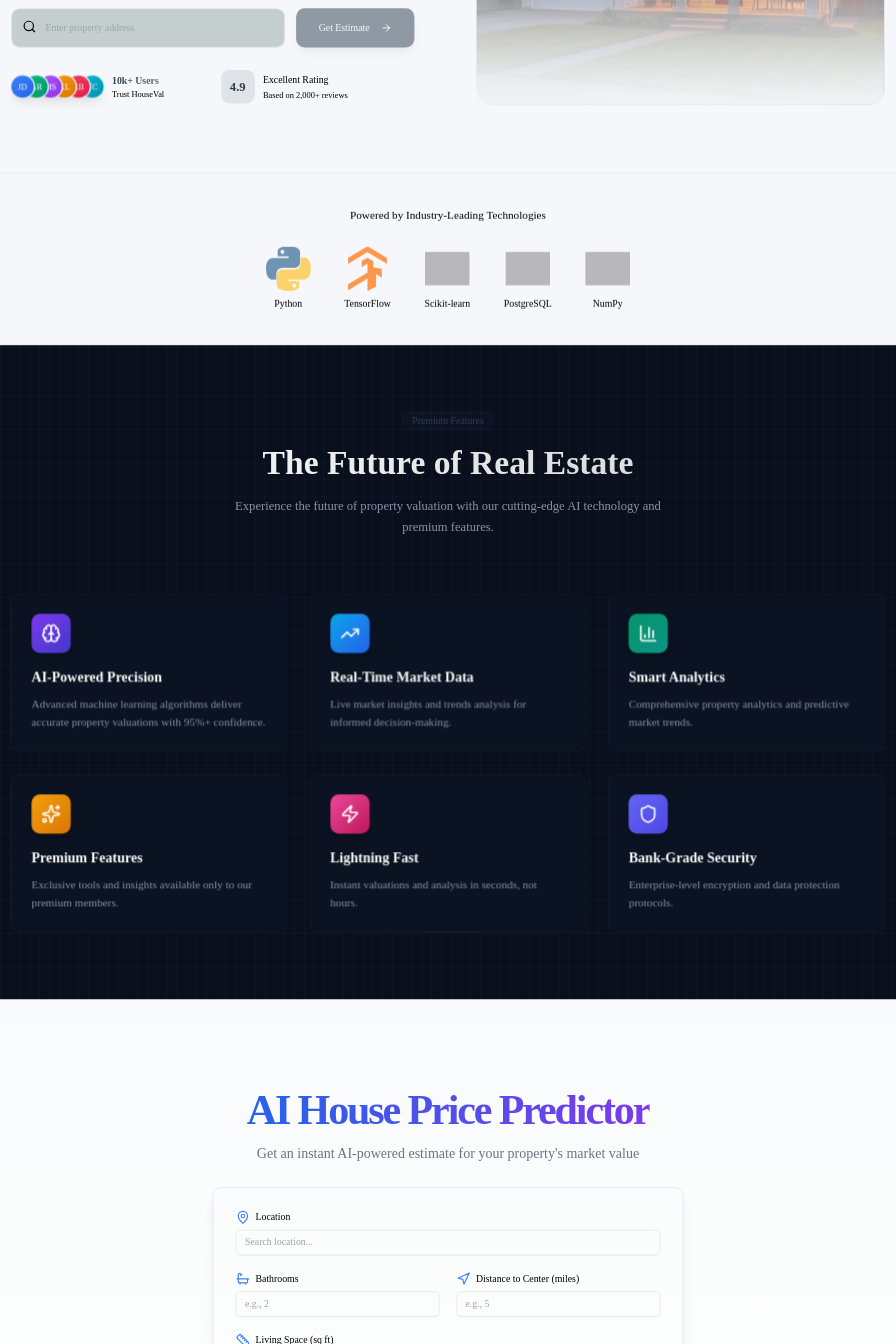
Repository: Rayyy-dev/HouseVal
Page: /
These files come from the project's save history. The page is drawn as it stood at one moment and after the next save; the edit follows.
The browser window is 1280 px wide. The pictures show the part of the page from y = 557 to 2477 px (the page is 3679 px tall), at 70% of full size.
Pictures or frames that could not be fetched are drawn as grey boxes. The project was rebuilt for these pictures with package versions that can differ from the ones it lists, and the page was loaded fresh each time. The framework's server and built-in components were replaced by stand-ins that run in the browser. Also part of the build but not shown: next.config.ts.

Above is the page before, as saved 2025-01-16 19:06:36.

After the next save:
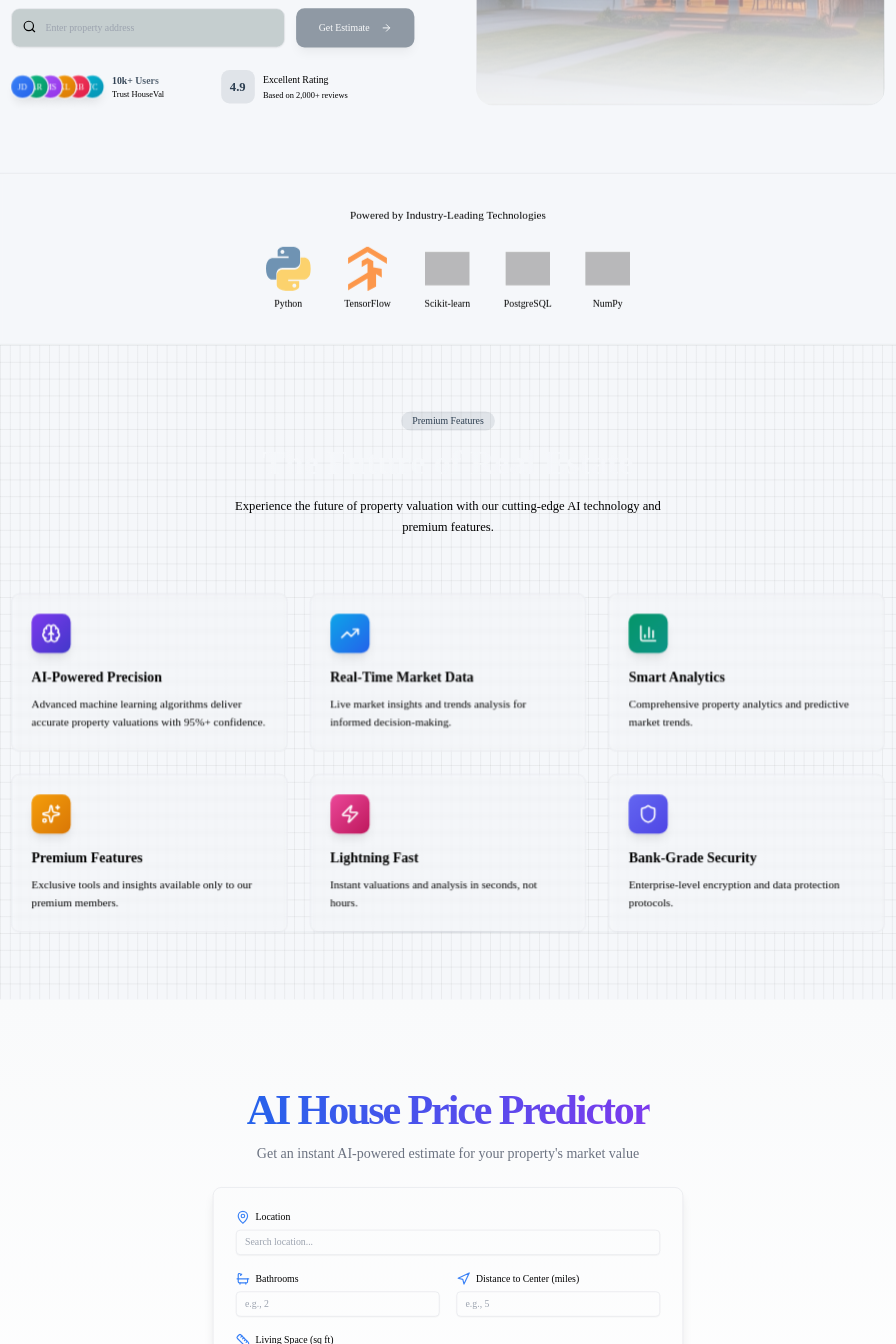
Saved 19 s later.
--- a/src/components/landing-page/sections/benefits.tsx
+++ b/src/components/landing-page/sections/benefits.tsx
@@ -57,18 +57,18 @@
 
 export function Benefits() {
   return (
-    <section className="relative py-24 overflow-hidden">
+    <section className="relative py-24 overflow-hidden bg-gradient-to-b from-background to-background/80">
       {/* Sophisticated Background */}
-      <div className="absolute inset-0 bg-[#0A0F1E]">
-        <div className="absolute inset-0 bg-[linear-gradient(to_right,#ffffff05_1px,transparent_1px),linear-gradient(to_bottom,#ffffff05_1px,transparent_1px)] bg-[size:14px_24px]" />
+      <div className="absolute inset-0">
+        <div className="absolute inset-0 bg-[linear-gradient(to_right,#4f4f4f12_1px,transparent_1px),linear-gradient(to_bottom,#4f4f4f12_1px,transparent_1px)] bg-[size:14px_24px]" />
         <motion.div
           initial={{ opacity: 0 }}
           animate={{ opacity: 1 }}
           transition={{ duration: 1.5 }}
           className="absolute inset-0"
         >
-          <div className="absolute left-0 right-0 top-0 -z-10 m-auto h-[310px] w-[310px] rounded-full bg-primary/10 blur-[120px] animate-pulse-slow" />
-          <div className="absolute left-1/3 right-0 top-1/2 -z-10 h-[250px] w-[250px] rounded-full bg-primary/15 blur-[120px] animate-pulse-slow delay-300" />
+          <div className="absolute left-0 right-0 top-0 -z-10 m-auto h-[310px] w-[310px] rounded-full bg-primary/5 blur-[120px] animate-pulse-slow" />
+          <div className="absolute left-1/3 right-0 top-1/2 -z-10 h-[250px] w-[250px] rounded-full bg-primary/8 blur-[120px] animate-pulse-slow delay-300" />
         </motion.div>
       </div>
 
@@ -91,10 +91,10 @@
               Premium Features
             </span>
           </motion.div>
-          <h2 className="text-4xl md:text-5xl font-bold mb-6 bg-gradient-to-r from-white via-white/90 to-white/80 bg-clip-text text-transparent">
+          <h2 className="text-4xl md:text-5xl font-bold mb-6 bg-gradient-to-r from-foreground via-foreground/90 to-foreground/80 bg-clip-text text-transparent">
             The Future of Real Estate
           </h2>
-          <p className="text-lg text-slate-400/90 max-w-2xl mx-auto leading-relaxed">
+          <p className="text-lg text-muted-foreground max-w-2xl mx-auto leading-relaxed">
             Experience the future of property valuation with our cutting-edge AI technology and premium features.
           </p>
         </motion.div>
@@ -115,10 +115,10 @@
                 transition={{ duration: 0.3 }}
               >
                 <div className={cn(
-                  "absolute -inset-0.5 rounded-2xl blur-xl opacity-0 group-hover:opacity-30 transition duration-500",
+                  "absolute -inset-0.5 rounded-2xl blur-xl opacity-0 group-hover:opacity-20 transition duration-500",
                   benefit.glow
                 )} />
-                <div className="relative h-full bg-[#0C1322]/90 border border-white/5 rounded-xl p-7 backdrop-blur-sm hover:border-white/10 transition-all duration-300">
+                <div className="relative h-full bg-card border border-border/50 rounded-xl p-7 backdrop-blur-sm hover:border-border transition-all duration-300">
                   {/* Enhanced Icon */}
                   <motion.div
                     whileHover={{ rotate: [0, -10, 10, -5, 5, 0] }}
@@ -133,15 +133,15 @@
                   </motion.div>
 
                   {/* Enhanced Content */}
-                  <h3 className="text-xl font-semibold mb-3 text-white group-hover:text-primary/90 transition-colors">
+                  <h3 className="text-xl font-semibold mb-3 text-foreground group-hover:text-primary/90 transition-colors">
                     {benefit.title}
                   </h3>
-                  <p className="text-slate-400/90 group-hover:text-slate-300/90 transition-colors leading-relaxed">
+                  <p className="text-muted-foreground group-hover:text-foreground/80 transition-colors leading-relaxed">
                     {benefit.description}
                   </p>
 
                   {/* Enhanced Hover Effect */}
-                  <div className="absolute inset-0 rounded-xl transition-all duration-300 group-hover:bg-gradient-to-br from-white/[0.02] to-transparent pointer-events-none" />
+                  <div className="absolute inset-0 rounded-xl transition-all duration-300 group-hover:bg-gradient-to-br from-foreground/[0.02] to-transparent pointer-events-none" />
                 </div>
               </motion.div>
             </motion.div>
